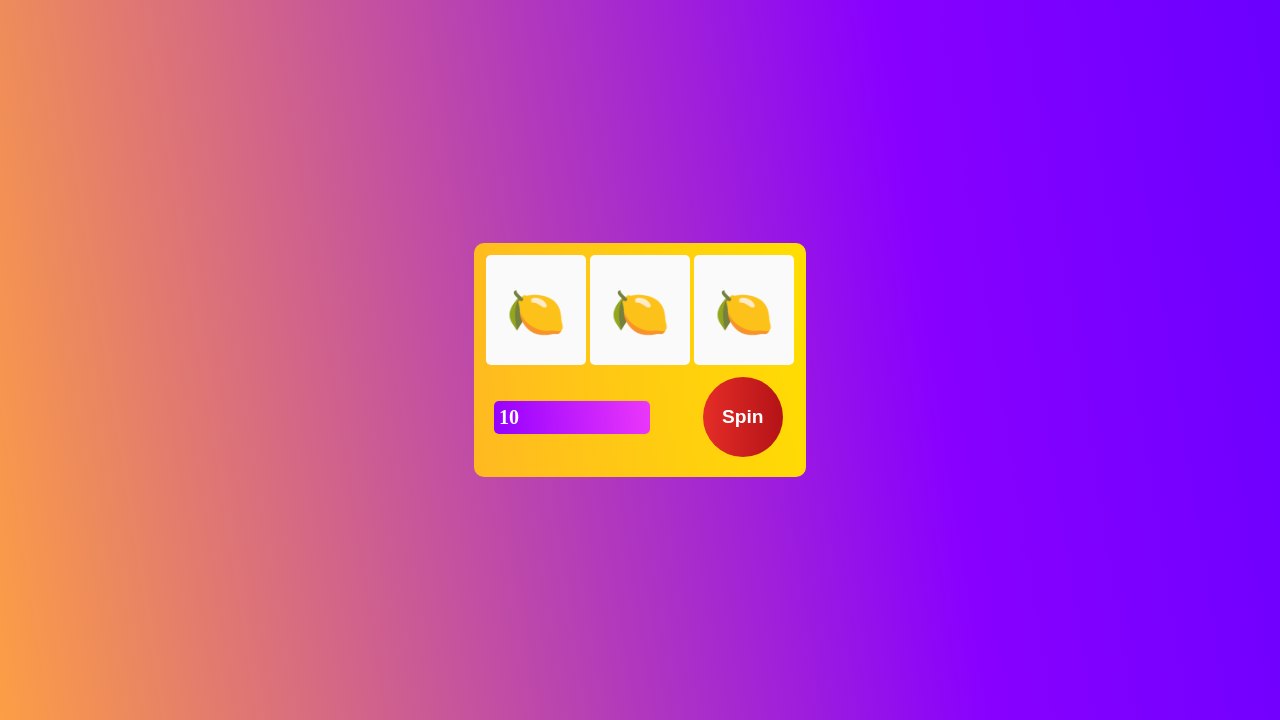
Repository: HERBOD7/slotmachine
Page: /
The author's editor kept a copy of each file at every save. The page is drawn from the files as they stood at one save, then again after the next save.
The browser window is 1280 px wide. The pictures show the whole page.
The project was rebuilt for these pictures with package versions that can differ from the ones it lists, and the page was loaded fresh each time. Also part of the build but not shown: vue.config.js.

Above is the page before, as saved 2023-07-23 12:45:58.

After the next save:
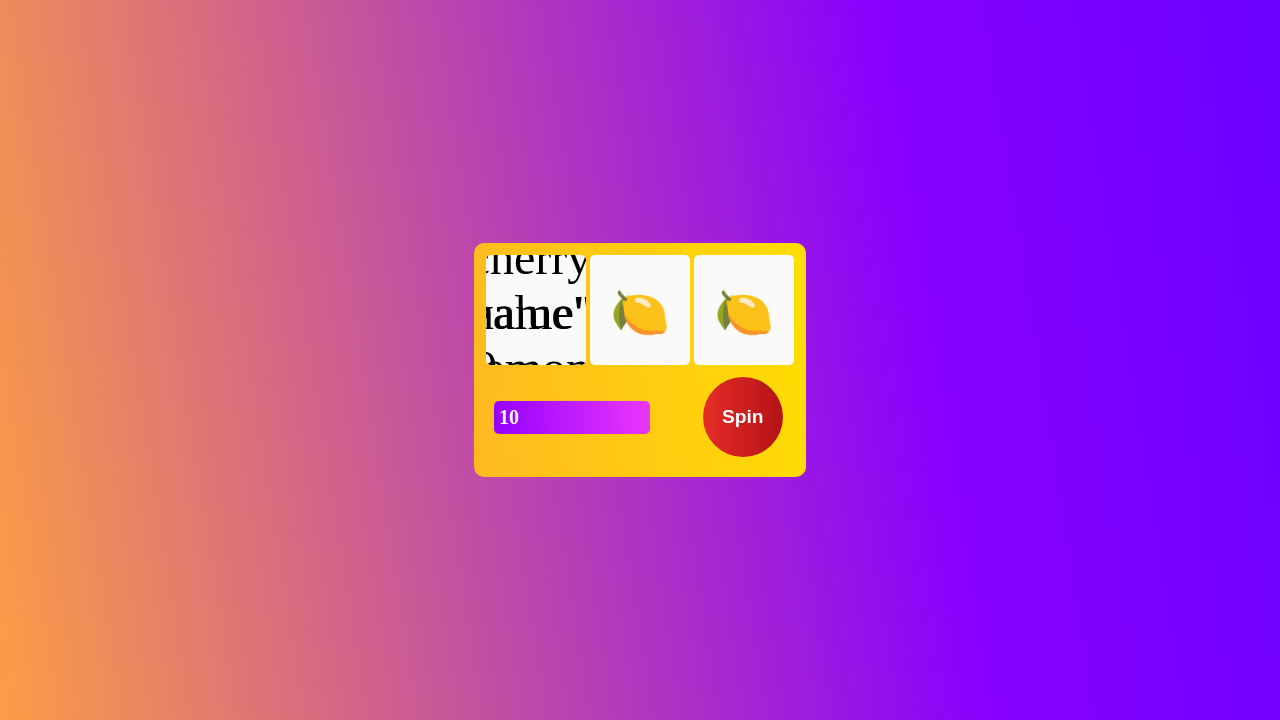
Saved 4 min 1 s later.
--- a/src/App.vue
+++ b/src/App.vue
@@ -32,7 +32,28 @@ export default {
   data() {
     return {
       symbols: {
-        firstSlot: ["🍋", "🍉", "🍒", "🍊"],
+        firstSlot: [
+          {
+            name: "cherry",
+            value: 10,
+            emoji: "🍒",
+          },
+          {
+            name: "lemon",
+            value: 20,
+            emoji: "🍋",
+          },
+          {
+            name: "orange",
+            value: 30,
+            emoji: "🍊",
+          },
+          {
+            name: "watermelon",
+            value: 40,
+            emoji: "🍉",
+          },
+        ],
         secondSlot: ["🍋", "🍉", "🍒", "🍊"],
         thirdSlot: ["🍋", "🍉", "🍒", "🍊"],
       },
